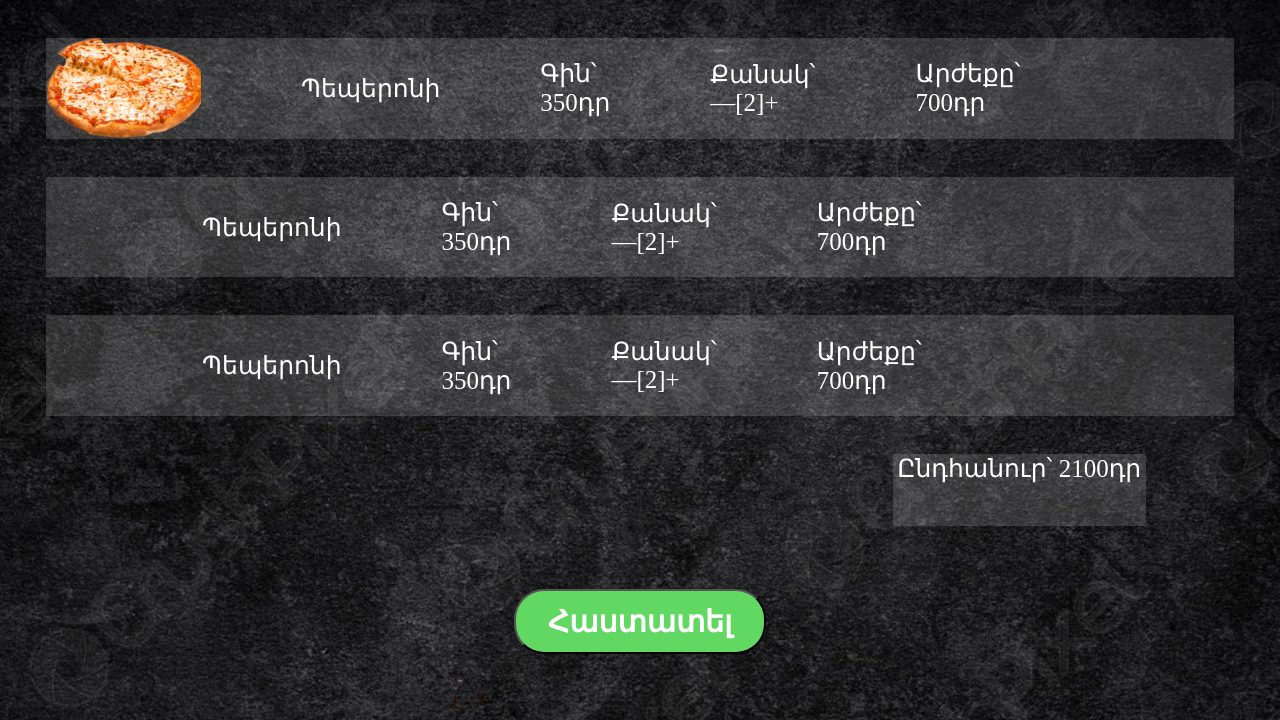
Repository: NarekTovmasyan/PizzaManue
Page: public/basket.html
These files come from the project's save history. The page is drawn as it stood at one moment and after the next save; the edit follows.
The browser window is 1280 px wide. The pictures show the whole page.

Above is the page before, as saved 2022-01-20 15:03:02.

After the next save:
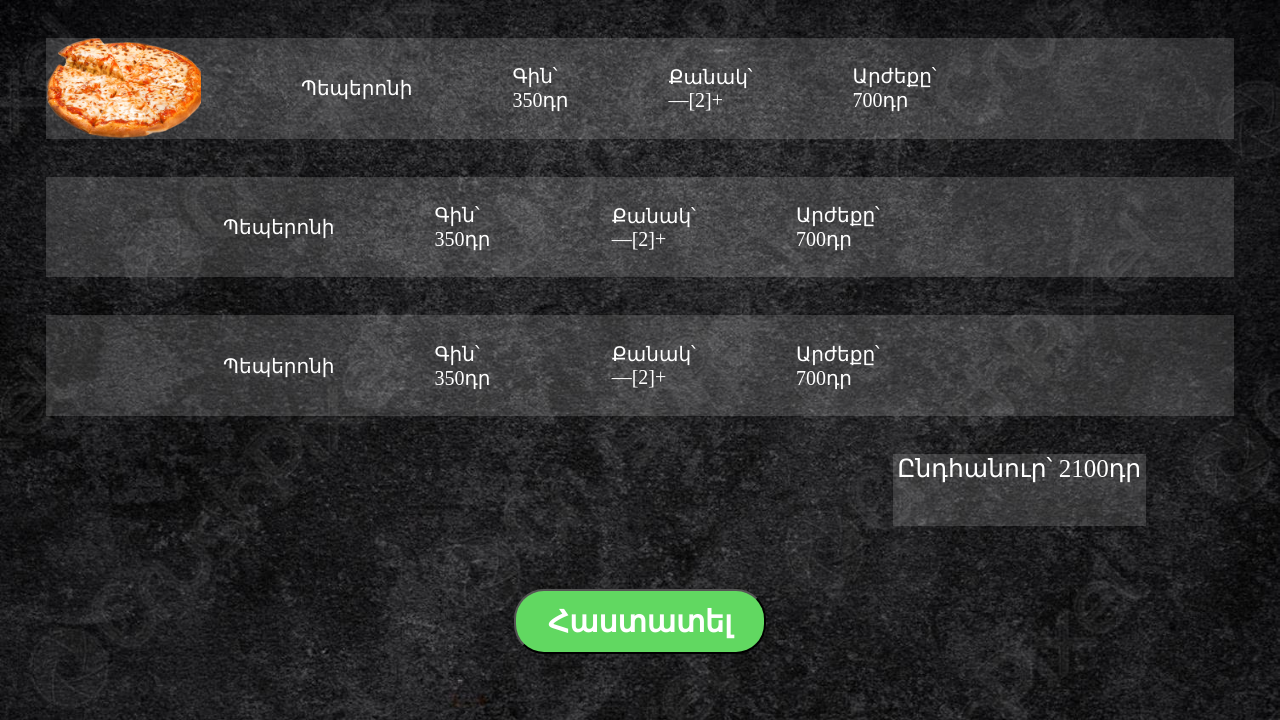
Saved 22 s later.
--- a/public/basket.css
+++ b/public/basket.css
@@ -19,7 +19,7 @@ body {
   justify-content: center;
   align-items: center;
   color:white ;
-  font-size: 25px;
+  font-size: 20px;
 }
  .prop > div{
 
